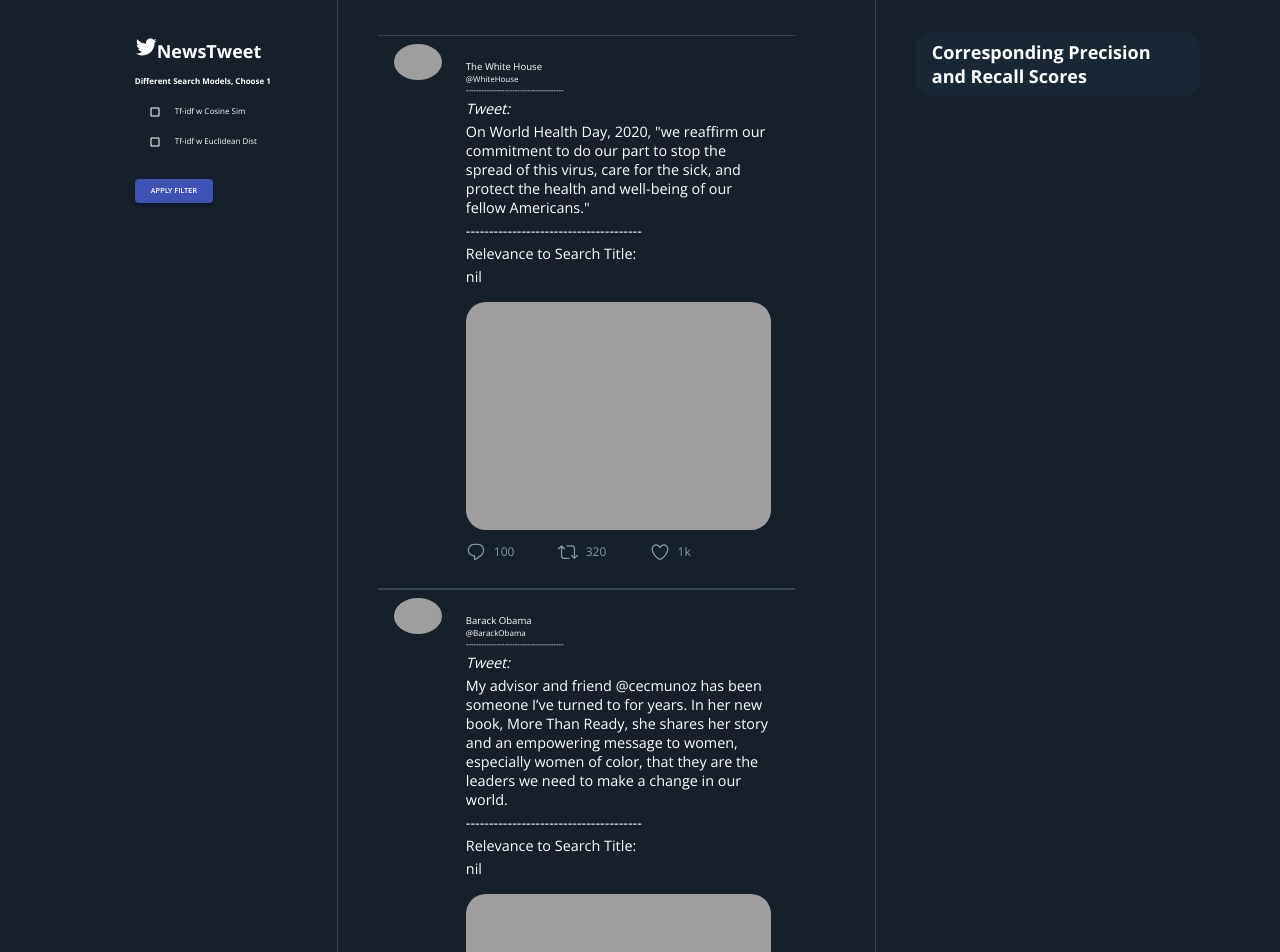
Repository: Dustyik/TwitterAIproj
Page: / (app in FrontEnd/)
These files come from the project's save history. The page is drawn as it stood at one moment and after a run of saves; the edit follows.
The browser window is 1280 px wide. The pictures show the part of the page from y = 0 to 952 px (the page is 1764 px tall before and 1776 px after).
Pictures or frames that could not be fetched are drawn as grey boxes. The page's requests for data from a server got no answer. The project was rebuilt for these pictures with package versions that can differ from the ones it lists, and the page was loaded fresh each time. No one was signed in, and anything a server would have sent is missing. Also part of the build but not shown: FrontEnd/src/components/trending/Trend.js, FrontEnd/src/components/trending/TrendsList.js, FrontEnd/src/components/trending/FollowSuggestionCard.js, FrontEnd/src/styles/FollowList.css, FrontEnd/src/components/trending/FollowSuggestionsList.js, FrontEnd/src/components/StatusCard.js, FrontEnd/src/pages/Status.js, FrontEnd/src/components/profile/ProfileHead.js and 3 more.

Above is the page before, as saved 2021-08-02 23:51:49.

After the next 2 saves:
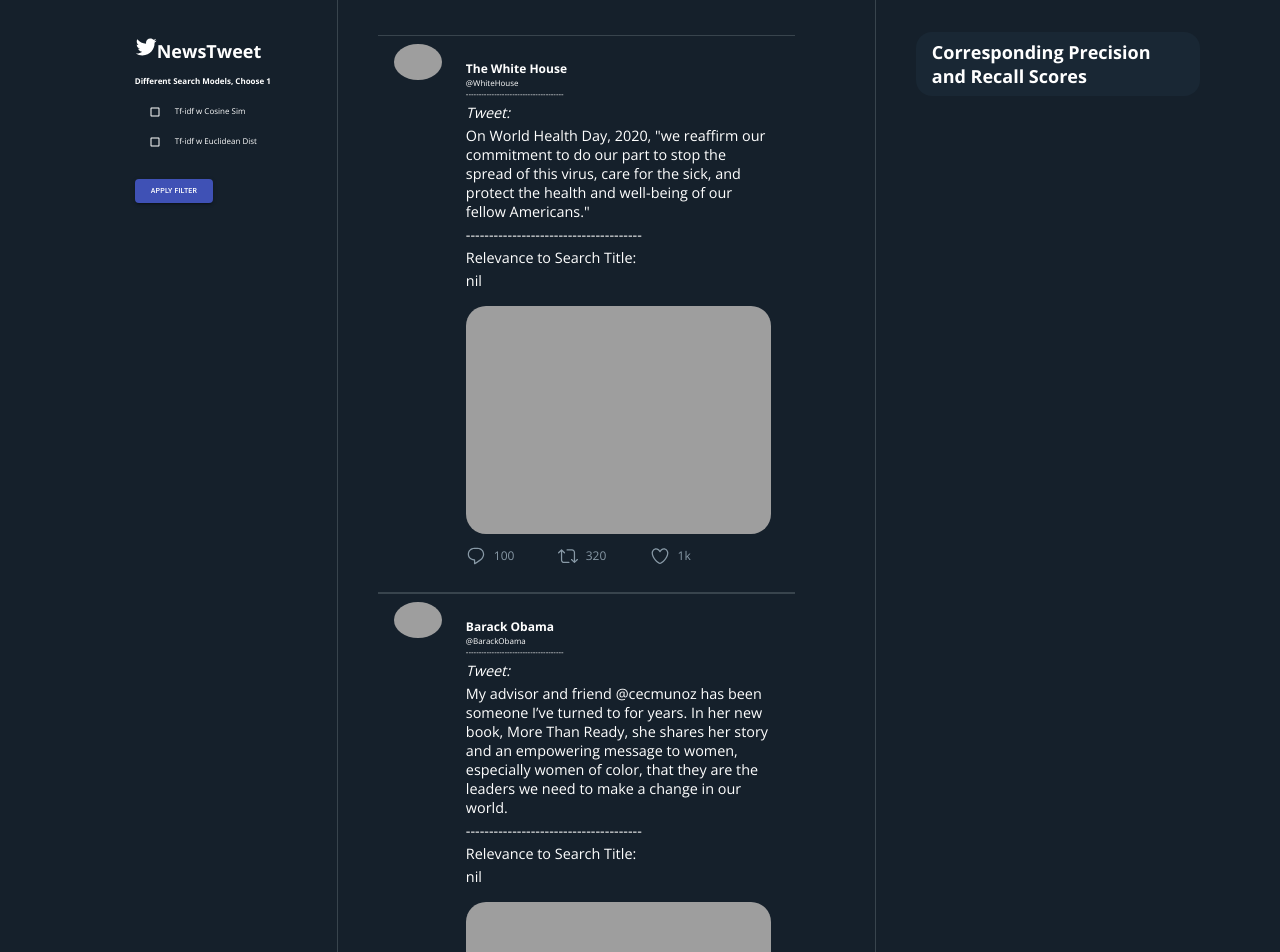
The 2 saves are shown as one change because they came seconds apart.
The last was saved 7 s later.
--- a/FrontEnd/src/styles/TweetCard.css
+++ b/FrontEnd/src/styles/TweetCard.css
@@ -15,10 +15,10 @@
 }
 
 .tweet-card .tweet-card-head .tweet-card-name {
-    font-size    : 1.2rem;
+    font-size    : 1.5rem;
     font-weight  : 300;
     padding-right: 1rem;
-    ont-weight: bold;
+    font-weight: bold;
 }
 
 .tweet-card .tweet-card-head .tweet-card-name:hover {
